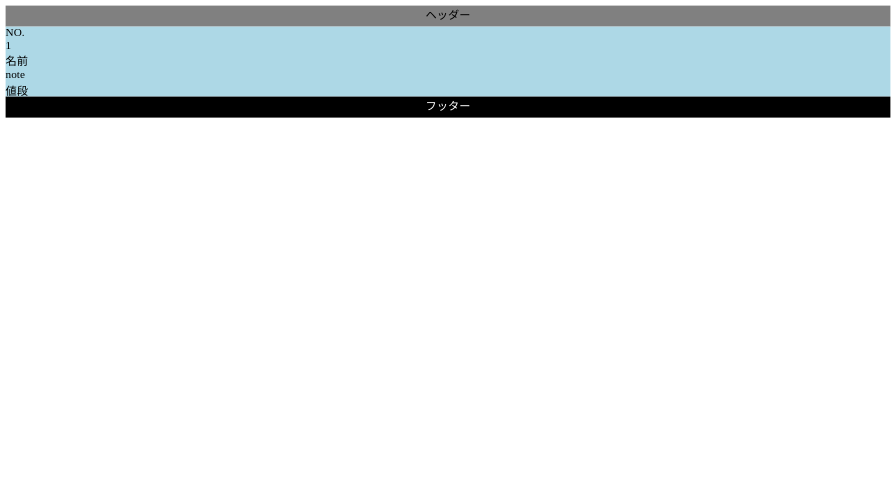
Repository: kousuke-2047/test
Page: http://localhost/Rensyu/LoginCompleteAction.action
The author's editor kept a copy of each file at every save. The page is drawn from the files as they stood at one save, then again after the next save.
The browser window is 1280 px wide. The pictures show the whole page, at 70% of full size.
The page is served by Tomcat 9. Other server files are loaded and not shown. The database holds what the project's SQL file puts in it.

Above is the page before, as saved 2018-06-05 05:13:52.

### Rensyu/WebContent/buyItem.jsp
<%@ page language="java" contentType="text/html; charset=UTF-8"
    pageEncoding="UTF-8"%>
<%@ taglib prefix ="s" uri="/struts-tags" %>
<!DOCTYPE html>
<html>
<head>
<meta http-equiv="Content-Type" content="text/html; charset=UTF-8">

	<meta http-equiv="Content-Style-Type" content="text/css"/>
	<meta http-equiv="Content-Script-Type" content= "text/javascript" />
	<meta http-equiv="imagetoolbar" content= "no" />
	<meta name = "description" content="" />
	<meta name="keywords" content="" />
	<title>商品購入画面</title>
<style type = "text/css">



header{
	width:100%;
	height:30px;
	background-color:gray;
	text-align:center;
	color:black;
}

.main{
	width:100%;
	height:100px;
	background-color:lightblue;
	color:black;
	}



footer{
	width:100%;
	height:30px;
	background-color:black;
	color:white;
	text-align:center;}


</style>
</head>

<body>


	<header>
	ヘッダー
	</header>

	<div class = "main">

		NO.<br>
		<s:property value = "session.Id"/>
		<br>
		名前<br>
		<s:property value = "session.ItemName"/>
		<br>
		値段<br>
		<s:property value = "session.ItemPrice"/>





	</div>


	<footer>
	フッター
	</footer>
</body>
</html>

### Rensyu/src/com/rensyu/dao/LoginCDAO.java
package com.rensyu.dao;

import java.sql.Connection;
import java.sql.PreparedStatement;
import java.sql.ResultSet;
import java.sql.SQLException;

import com.rensyu.util.DBConnector;
import com.rensyu.dto.LoginCDTO;

public class LoginCDAO {

	private DBConnector dbc = new DBConnector();
	private Connection con = dbc.getConnection();
	private LoginCDTO logincdto = new LoginCDTO();

	public LoginCDTO ItemInfo(){
		String sql = "select * from item";

		try{
			PreparedStatement ps = con.prepareStatement(sql);

			ResultSet rs = ps.executeQuery();

			if(rs.next()){
				logincdto.setId(rs.getInt("id"));
				logincdto.setItemName(rs.getString("itemName"));
				logincdto.setItemPrice(rs.getInt("itemPrice"));

			}
		}catch(SQLException e){
			e.printStackTrace();
		}
		return logincdto;
	}

}

### Rensyu/src/com/rensyu/util/DBConnector.java
package com.rensyu.util;

import java.sql.Connection;
import java.sql.DriverManager;
import java.sql.SQLException;

public class DBConnector {

	private static String driverName = "com.mysql.jdbc.Driver";
	private static String url = "jdbc:mysql://localhost/rensyu";
	private static String user = "root";
	private static String password = "mysql";

	public Connection getConnection(){
		Connection con= null;

		try{
			Class.forName(driverName);
			con=(Connection) DriverManager.getConnection(url,user,password);
		}catch(ClassNotFoundException e){
			e.printStackTrace();
		}catch(SQLException e){
			e.printStackTrace();
		}



		return con;
	}

}

### Rensyu/src/com/rensyu/dto/LoginCDTO.java
package com.rensyu.dto;

public class LoginCDTO {

	private int id;
	private String itemName;
	private int itemPrice;

	public String getItemName(){
		return itemName;
	}
	public void setItemName(String itemName){
		this.itemName = itemName;
	}
	public int getItemPrice(){
		return itemPrice;
	}
	public void setItemPrice(int itemPrice){
		this.itemPrice= itemPrice;
	}
	public int getId(){
		return id;
	}
	public void setId(int id){
		this.id = id;
	}

}

### Rensyu/sql/rensyu.sql (the tables this page reads)
create table Item(
	id int not null primary key auto_increment,
	itemName varchar(50),
	itemPrice int,
	itemStock int,
	insertdate datetime,
	updatedate datetime);

insert into Item(itemName,itemPrice,itemStock) values("note",100,50);

After the next save:
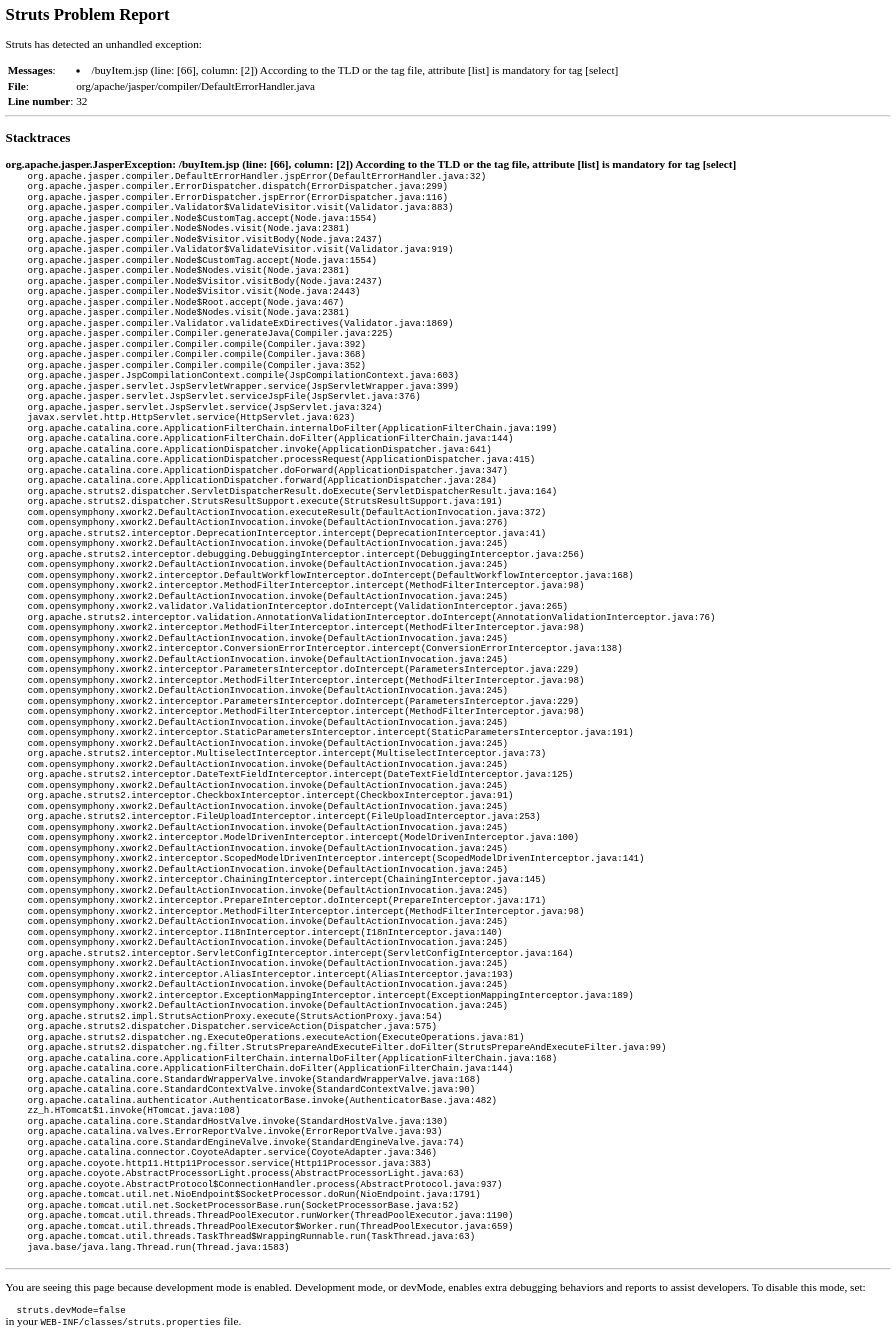
Saved 7 min 36 s later.
--- a/Rensyu/WebContent/buyItem.jsp
+++ b/Rensyu/WebContent/buyItem.jsp
@@ -53,6 +53,7 @@
 
 	<div class = "main">
 
+		<s:form action = "">
 		NO.<br>
 		<s:property value = "session.Id"/>
 		<br>
@@ -61,10 +62,19 @@
 		<br>
 		値段<br>
 		<s:property value = "session.ItemPrice"/>
+		個数<br>
+		<s:select name ="aaa">
+			<option value ="1">1</option>
+			<option value ="2">2</option>
+			<option value ="3">3</option>
+			<option value ="4">4</option>
+			<option value ="5">5</option>
+		</s:select>
 
 
 
 
+	</s:form>
 
 	</div>
 

After the save that followed:
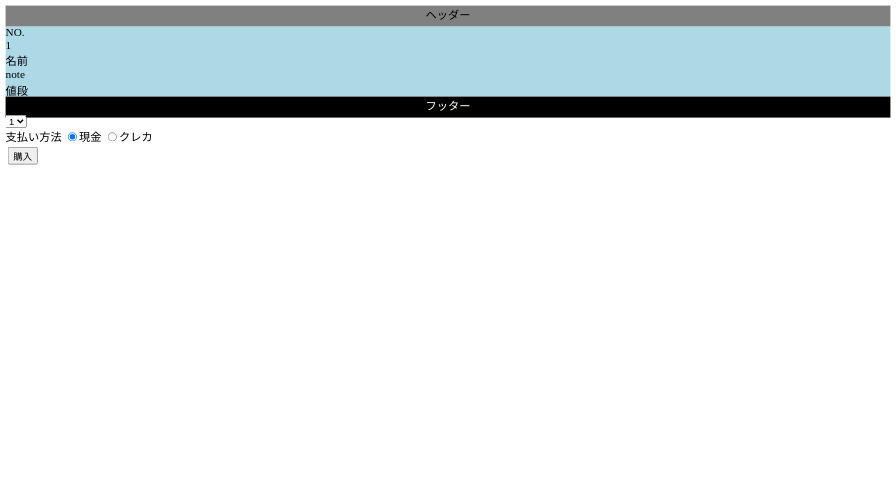
Saved 7 min 30 s later.
--- a/Rensyu/WebContent/buyItem.jsp
+++ b/Rensyu/WebContent/buyItem.jsp
@@ -63,17 +63,18 @@
 		値段<br>
 		<s:property value = "session.ItemPrice"/>
 		個数<br>
-		<s:select name ="aaa">
-			<option value ="1">1</option>
+		<select name ="count">
+			<option value ="1" selected="selected">1</option>
 			<option value ="2">2</option>
 			<option value ="3">3</option>
 			<option value ="4">4</option>
 			<option value ="5">5</option>
-		</s:select>
-
-
-
-
+		</select>
+		<br>
+		支払い方法
+		<input type="radio" name="pay" value="1" checked =" checked">現金
+		<input type="radio" name="pay" value="2">クレカ
+		<s:submit value="購入"/>
 	</s:form>
 
 	</div>
